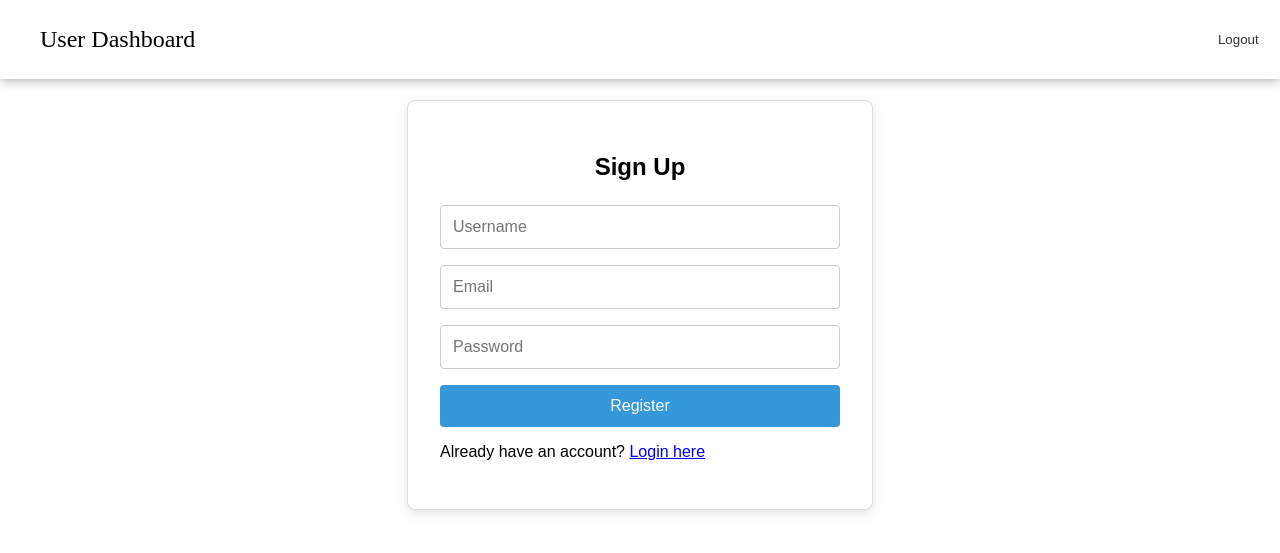
Repository: Edmund-Kiama/todoPHP
Page: /signup (app in task-manager-frontend/)
The author's editor kept a copy of each file at every save. The page is drawn from the files as they stood at one save, then again after a run of saves.
The browser window is 1280 px wide. The pictures show the whole page.
The project was rebuilt for these pictures with package versions that can differ from the ones it lists, and the page was loaded fresh each time. Also part of the build but not shown: task-manager-frontend/vite.config.js, task-manager-frontend/src/components/Auth/Login.vue, task-manager-frontend/src/components/Admin/admin.css, task-manager-frontend/src/components/Admin/AdminDashboard.vue, task-manager-frontend/src/components/User/user.css, task-manager-frontend/src/components/User/UserDashboard.vue.

Above is the page before, as saved 2025-07-12 22:46:54.

After the next 2 saves:
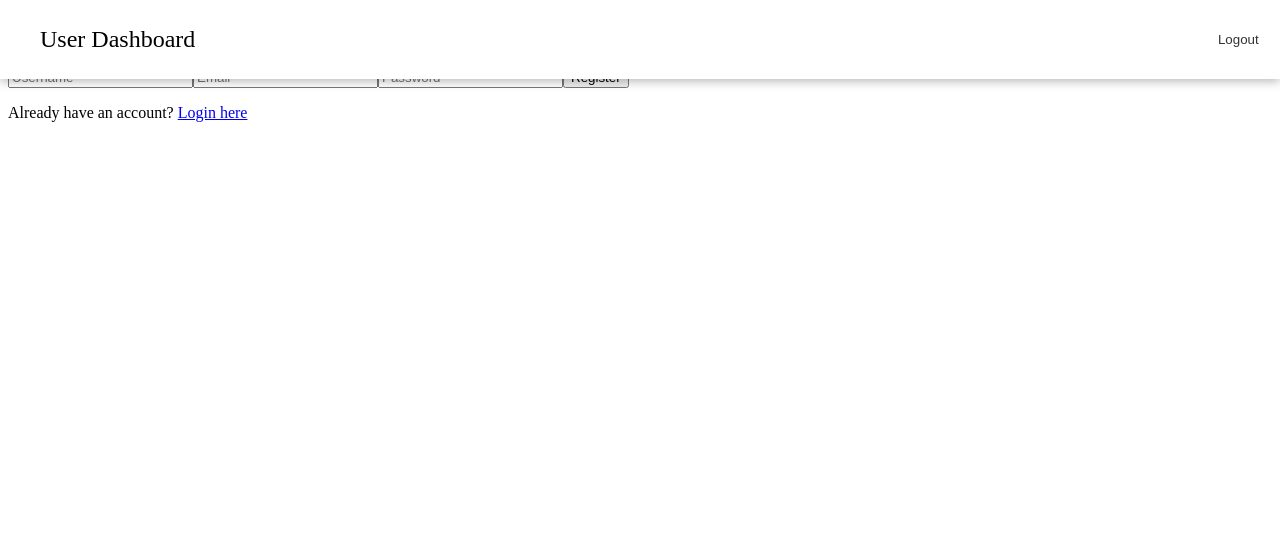
The 2 saves are shown as one change because they came seconds apart.
The last was saved 12 s later.
--- a/task-manager-frontend/src/components/Auth/Signup.vue
+++ b/task-manager-frontend/src/components/Auth/Signup.vue
@@ -40,7 +40,7 @@
     };
 </script>
 <template>
-    <div class="login-container">
+    <div class="signup-container">
     <h2>Sign Up</h2>
     <form @submit.prevent="signup">
         <input v-model="name" placeholder="Username" required />
